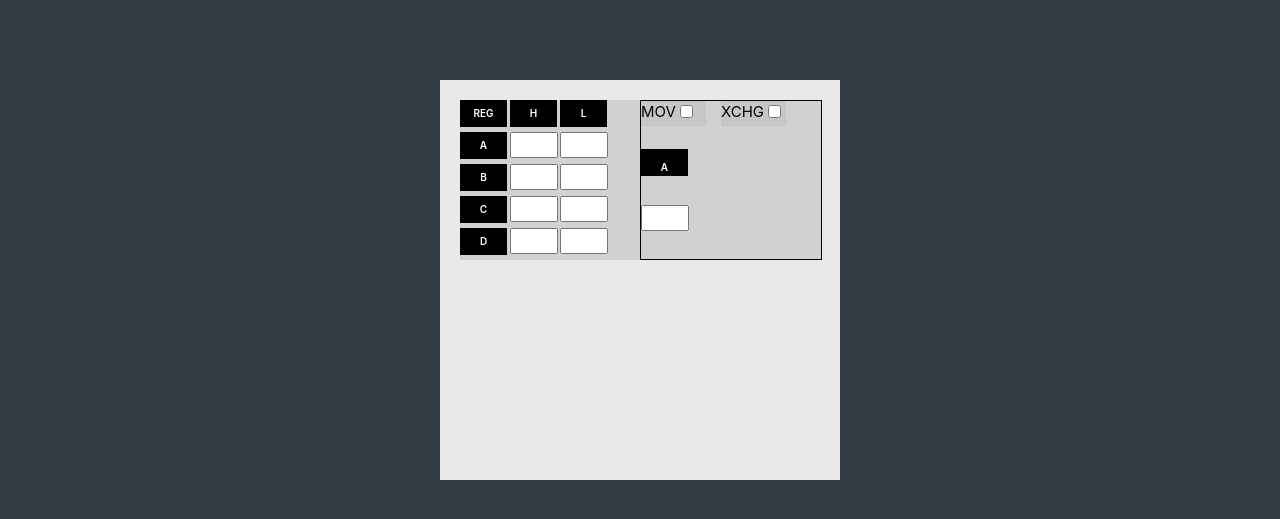
Repository: piookr-wsei/8086
Page: /
An editor plug-in stored every save of this project. The page is shown before and after the next save, followed by the edit.
The browser window is 1280 px wide. The pictures show the whole page.
The project was rebuilt for these pictures with package versions that can differ from the ones it lists, and the page was loaded fresh each time.

Above is the page before, as saved 2022-06-18 21:03:48.

### src/App.js
import React from 'react';
import { useState } from 'react';
import './App.css';
import { RegDesc, RegInput, RegWrapper, UiWindow, UiWrapper, SettingsWrapper, Labels, CheckWrapper, OpBox, ParamWrapper } from './Components/Components.elements';


function App() {

  const xchg="xchg";
  const mov="mov"

  const [movChecked, setMovChecked] = useState(false);

  const [xchgChecked, setXchgChecked] = useState(false);

  const [opChosen,setOpChosen] = useState(null)

  function HandleCheck(name){
    if(name=="mov"){
      setMovChecked(!movChecked)
      setXchgChecked(false)
    }
    else if(name=="xchg"){
      setXchgChecked(!xchgChecked)
      setMovChecked(false)

    }
    setOpChosen(name)
  }

function OpChange(){
  return(
    <>
    <Labels>
      <CheckWrapper>
        MOV
        <OpBox type="checkbox"  checked={movChecked} onClick={() => HandleCheck(mov)} id="MOV"/>
      </CheckWrapper>
      <CheckWrapper>
        XCHG
        <OpBox type="checkbox" checked={xchgChecked} onChange={() => HandleCheck(xchg)} id="XCHG" name="XCHG"/>
      </CheckWrapper>
    </Labels>
    </>
    )
  }







  return (
    <div className="App">
      <UiWindow>
        <UiWrapper>
          <RegWrapper>
            <RegDesc textContent={"REG"}/>  <RegDesc textContent={"H"}/>  <RegDesc textContent={"L"}/>

            <RegDesc textContent={"A"}/>  <RegInput maxLength={2}/> <RegInput maxLength={2}/>
            <RegDesc textContent={"B"}/>  <RegInput maxLength={2}/> <RegInput maxLength={2}/>
            <RegDesc textContent={"C"} />  <RegInput maxLength={2}/> <RegInput maxLength={2}/>
            <RegDesc textContent={"D"}/>  <RegInput maxLength={2}/> <RegInput maxLength={2}/>
          </RegWrapper>

          <ParamWrapper>

              <OpChange/>
              <RegDesc textContent={"A"}/>  <RegInput maxLength={2}/>
          </ParamWrapper>



        </UiWrapper>
      </UiWindow>

    </div>
  );
}

export default App;

### src/App.css
body{
  height: 100%;
  background: rgba(1, 10, 22, 0.8);
}
.App {

}

.App-logo {
  height: 40vmin;
  pointer-events: none;
}

@media (prefers-reduced-motion: no-preference) {
  .App-logo {
    animation: App-logo-spin infinite 20s linear;
  }
}

.App-header {
  background-color: #282c34;
  min-height: 100vh;
  display: flex;
  flex-direction: column;
  align-items: center;
  justify-content: center;
  font-size: calc(10px + 2vmin);
  color: white;
}

.App-link {
  color: #61dafb;
}

@keyframes App-logo-spin {
  from {
    transform: rotate(0deg);
  }
  to {
    transform: rotate(360deg);
  }
}

### src/Components/Components.elements.js
import styled from "styled-components";

export const UiWindow = styled.div`
    height: 400px;
    width: 400px;
    background: rgb(233,233,233);
    position: relative;
    margin: auto;
    top: 80px;
`

export const UiWrapper = styled.div`
    border: 20px solid transparent;
    display: grid;
    grid-template-columns: 1fr 1fr;
`

export const RegWrapper = styled.div`
    width: 180px;
    background: rgba(0,0,0,0.1);
    position: relative;
    left: 0;
    display: grid;
    grid-template-columns: 50px 50px 50px;
`

export const RegInput = styled.input`
    height: 20px;
    width: 40px;
    margin-bottom:5px;
    text-align: center;
`

export const ParamWrapper = styled.div`
    width: 180px;
    background: rgba(0,0,0,0.1);
    position: relative;
    right: 0;
    display: grid;
    grid-template-columns: 180px;
    border: solid 1px black;
    font-size: 15px;
    line-height: 22px;

`

export const RegDescSC = styled.div`
    height: 27px;
    width: 47px;
    background: black;
    margin-bottom:5px;
    color: white;
    font-weight: 600;
`

export const DescText = styled.p`
    font-size: 10px;
    text-align: center;
    position: relative;
    top: -3px;
`

export function RegDesc(props){
    return(
        <RegDescSC>
            <DescText>{props.textContent}</DescText>
        </RegDescSC>
    )
}

export const Labels = styled.div`
    display: grid;
    grid-template-columns: 80px 80px;
`

export const CheckWrapper = styled.div`
    background: rgba(0,0,0,0.05);
    width: 65px;
    height: 25px;
`

export const OpBox = styled.input`
    vertical-align: "middle";
    position: relative;
    top: 1px;
`

export const SettingsWrapper = styled.div`
    position: relative;
    right: 0;
    display: grid;
    grid-template-columns: 50px 50px 50px;
`

Loaded but not shown: public/index.html (common file); src/index.js (common file); src/index.css (common file); src/reportWebVitals.js (common file)

After the next save:
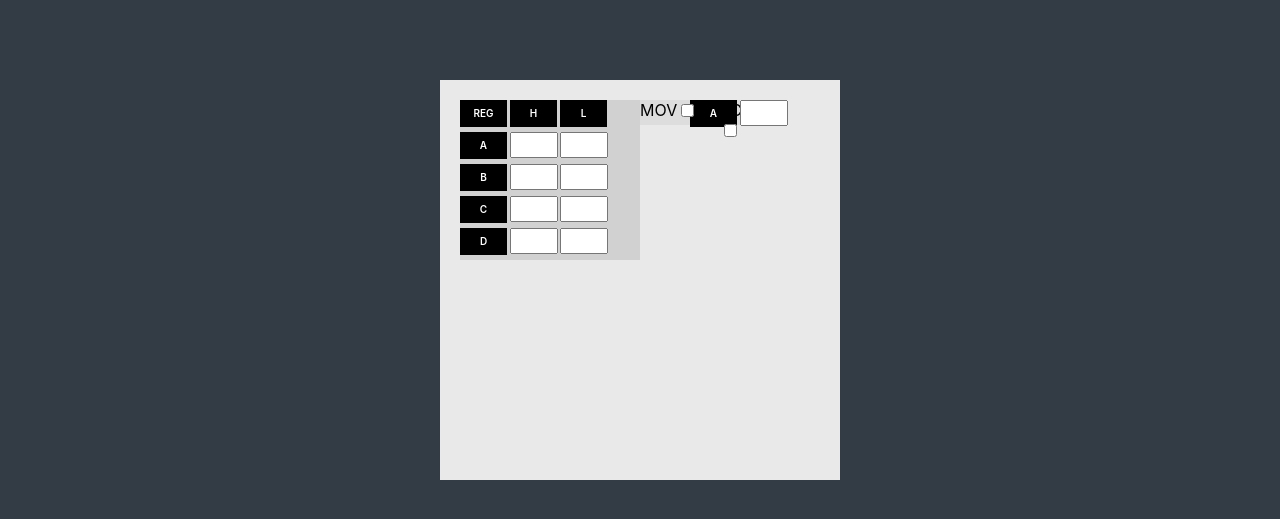
Saved 36 s later.
--- a/src/App.js
+++ b/src/App.js
@@ -64,11 +64,12 @@ function OpChange(){
             <RegDesc textContent={"D"}/>  <RegInput maxLength={2}/> <RegInput maxLength={2}/>
           </RegWrapper>
 
-          <ParamWrapper>
+          <SettingsWrapper>
 
               <OpChange/>
+
               <RegDesc textContent={"A"}/>  <RegInput maxLength={2}/>
-          </ParamWrapper>
+          </SettingsWrapper>
 
 
 
